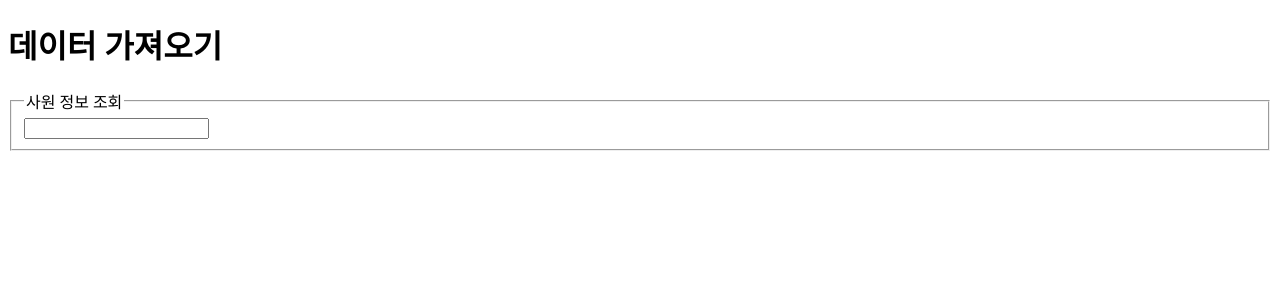
Repository: lafayetteey/WorkSpace_JQ_Ajax
Page: workspace_jq_Ajax/UI_JQ_Ajax/WebContent/jq21_ajax.html
These files come from the project's save history. The page is drawn as it stood at one moment and after a run of saves; the edit follows.
The browser window is 1280 px wide. The pictures show the whole page.

Above is the page before, as saved 2020-06-22 09:45:31.

After the next 2 saves:
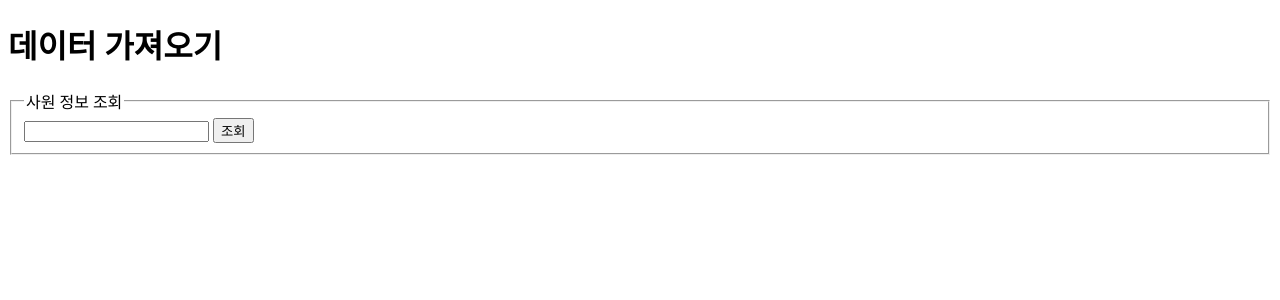
The 2 saves are shown as one change because they came seconds apart.
The last was saved 46 s later.
--- a/workspace_jq_Ajax/UI_JQ_Ajax/WebContent/jq21_ajax.html
+++ b/workspace_jq_Ajax/UI_JQ_Ajax/WebContent/jq21_ajax.html
@@ -9,6 +9,7 @@
 	<fieldset>
 		<legend>사원 정보 조회 </legend>
 		<input type="text" name="empid">
+		<input type="button" id="emp_search" value="조회">
 	</fieldset>
 </body>
 </html>
